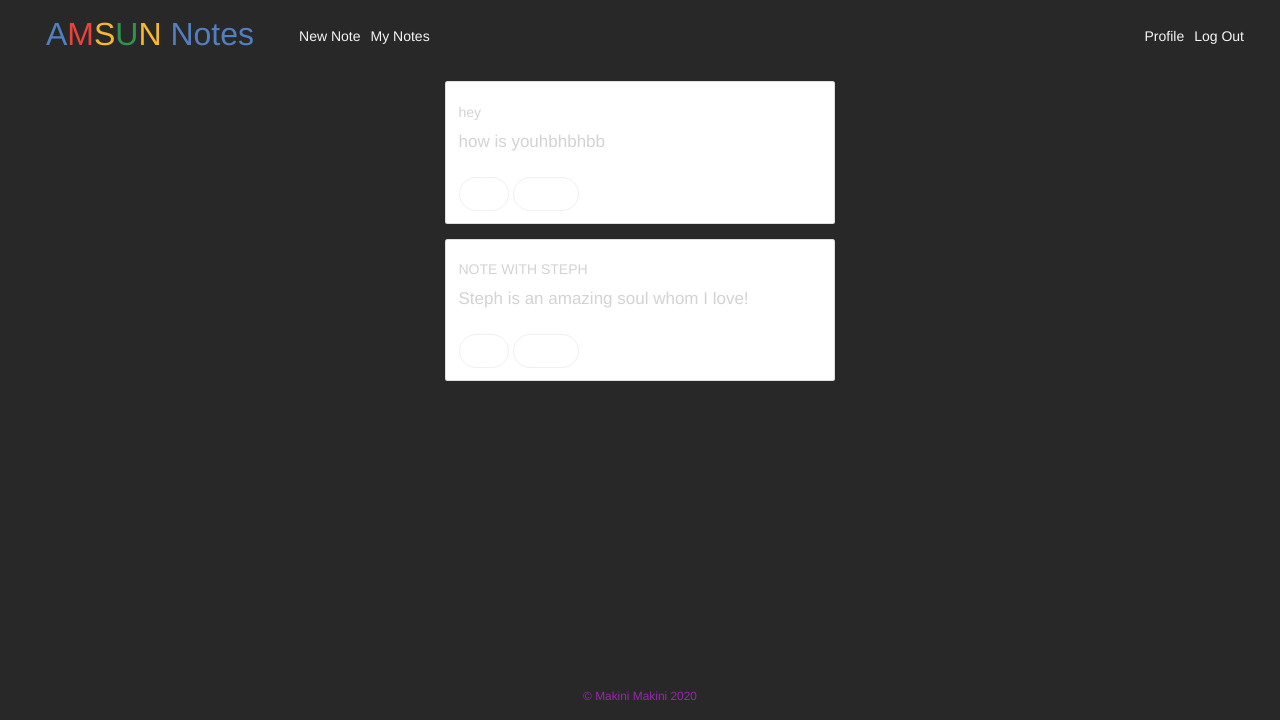
Repository: MakiniMakini/AMSUN-NOTES
Page: http://localhost/my_notes
An editor plug-in stored every save of this project. The page is shown before and after the next save, followed by the edit.
The browser window is 1280 px wide. The pictures show the whole page.
Some web fonts or font styles are not loaded; a fallback is used. The page is served by the project's application, run on Flask 3 (application.py). The session is filled in as if someone had signed in: {"user_id": 1}. The page reads the database file committed with the project.

Above is the page before, as saved 2020-12-25 12:48:20.

After the next save:
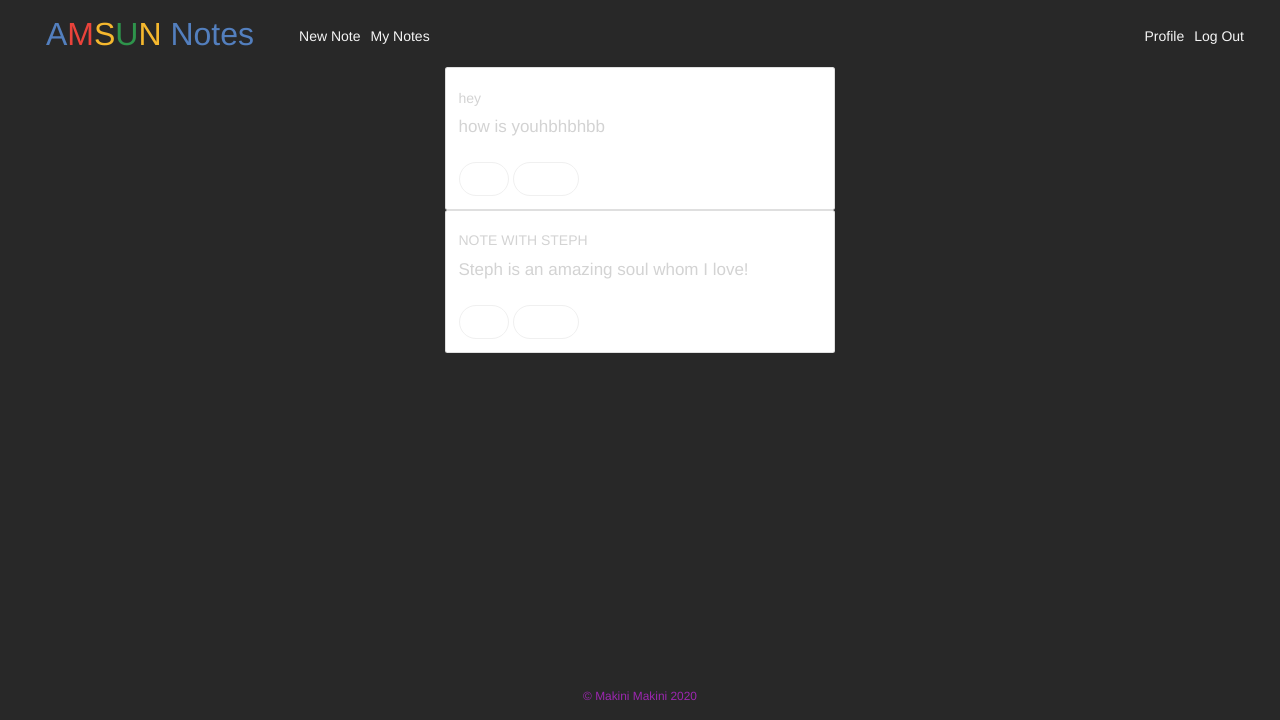
Saved 38 s later.
--- a/templates/my_notes.html
+++ b/templates/my_notes.html
@@ -8,7 +8,6 @@
 
 {% for note in notes %}
 
-<div class="all_notes">
   <div class="my_notes">
     <div class="card" style="width: 39rem;">
       <div class="card-body">
@@ -20,7 +19,6 @@
 
       </div>
   </div>
-  </div>
 </div>
 
 {% endfor %}
